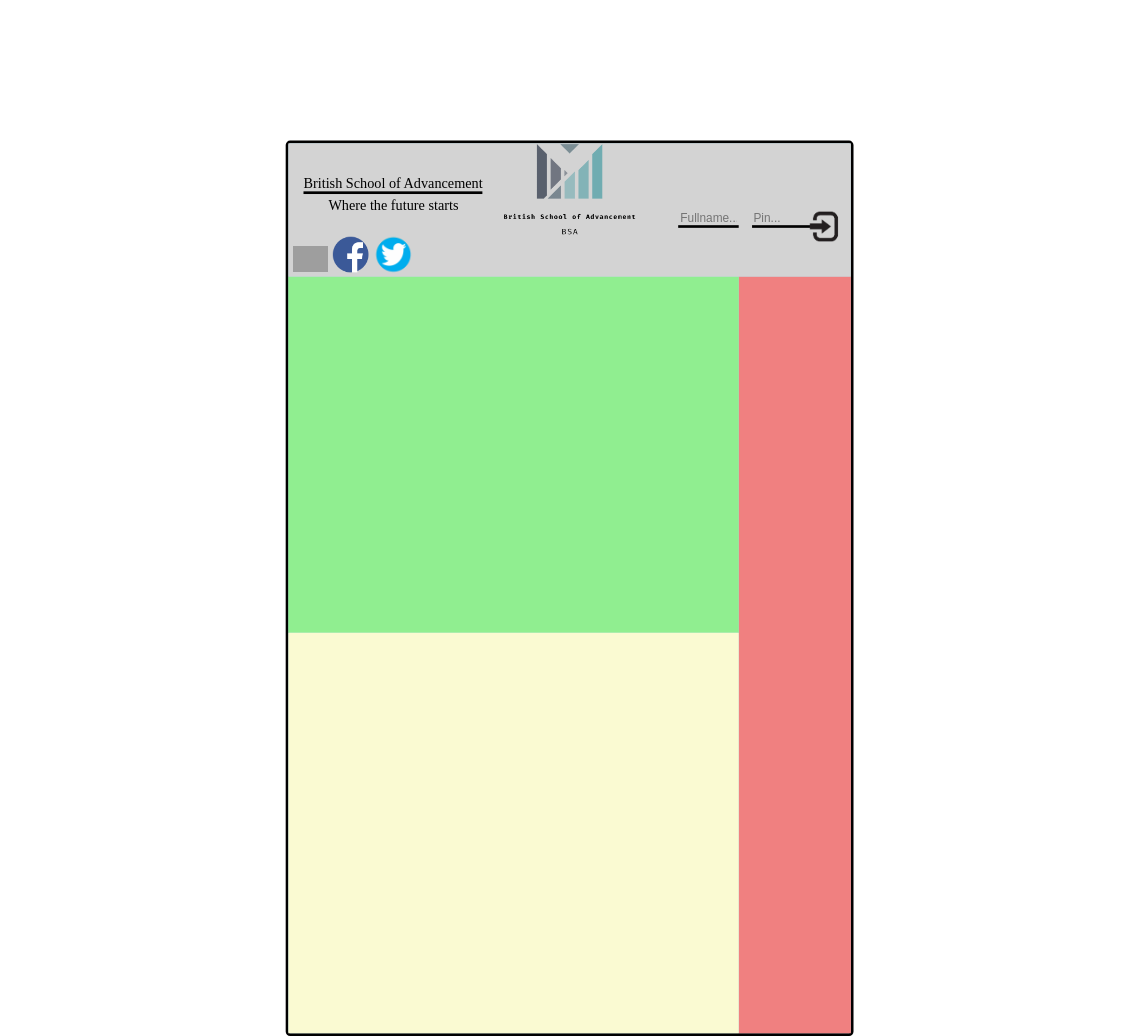
Repository: ghend99/School-app
Page: index.html
An editor plug-in stored every save of this project. The page is shown before and after the next save, followed by the edit.
The browser window is 1280 px wide. The pictures show the whole page, at 89% of full size.
Pictures or frames that could not be fetched are drawn as grey boxes.

Above is the page before, as saved 2023-03-24 13:16:37.

After the next save:
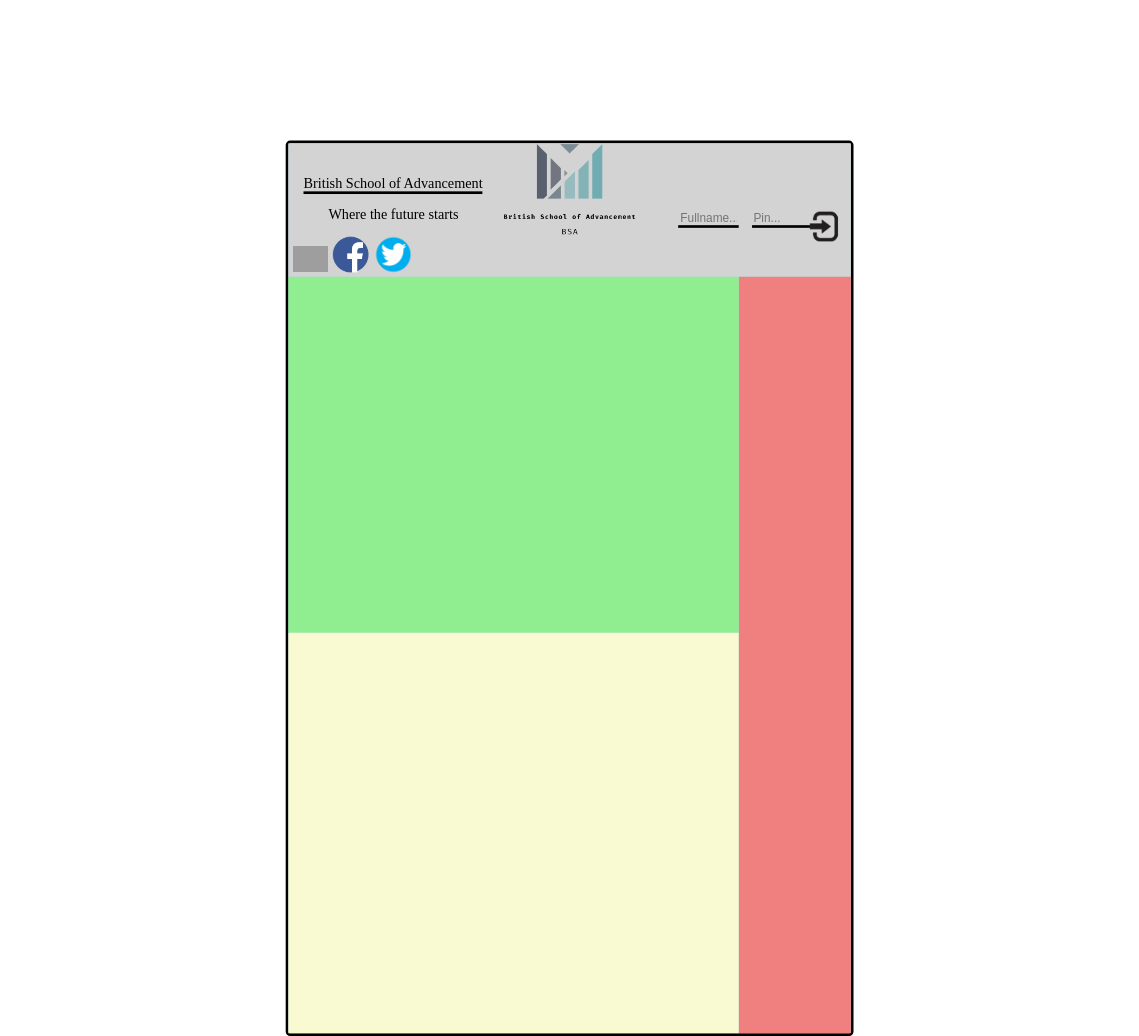
Saved 51 s later.
--- a/style.css
+++ b/style.css
@@ -30,7 +30,8 @@
 
 .header-school-slogan {
   position: absolute;
-  top: clamp(45px, 3%, 100px);
+  /* top: clamp(45px, 3%, 100px); */
+  bottom: clamp(45px, 3%, 100px);
   left: clamp(45px, 5%, 70px);
   font-size: clamp(0.9rem, 1.5vw, 1rem);
 }
